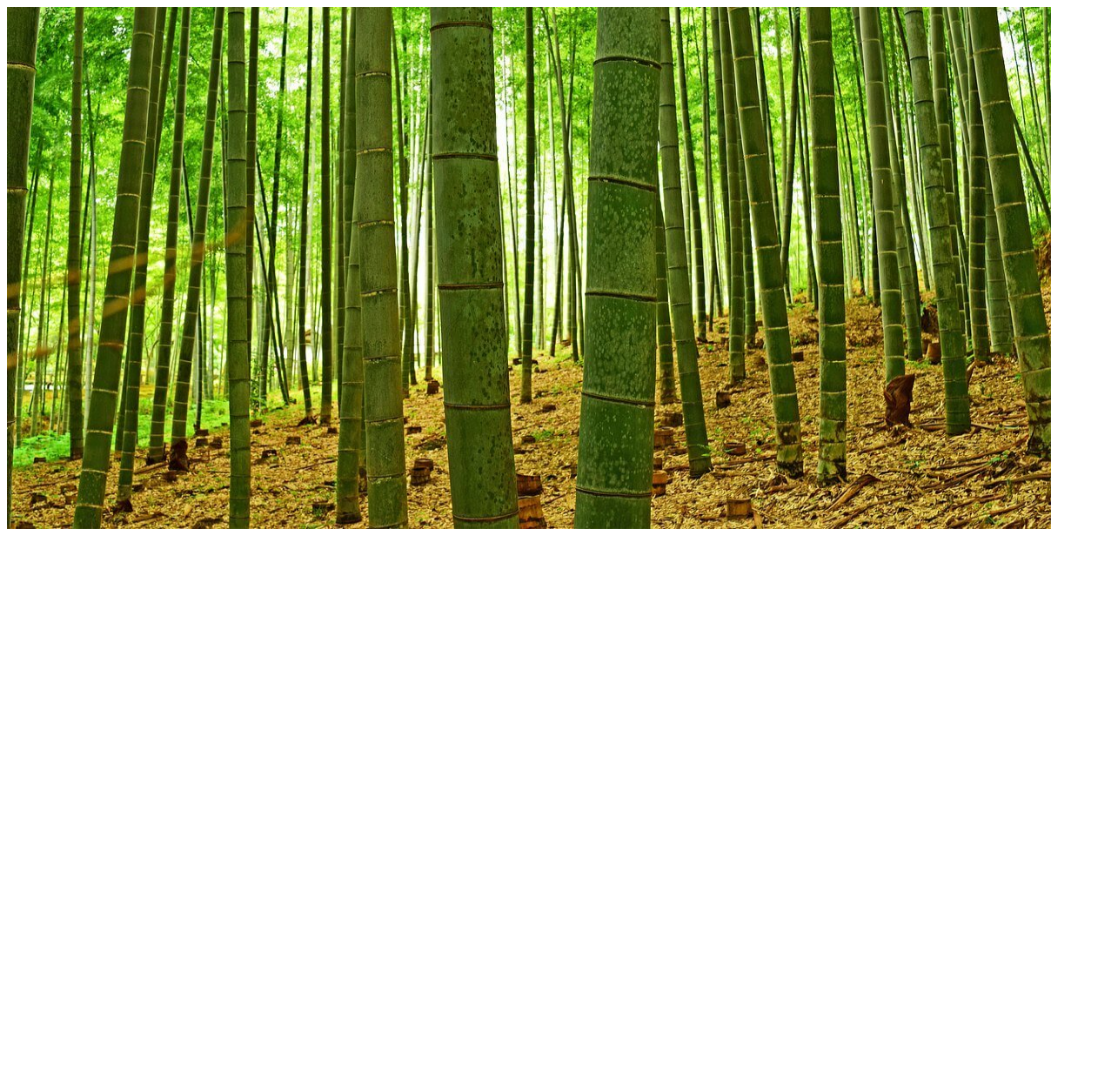
Repository: tanasa-mircea/playground
Page: canvas-filters/index.html
The author's editor kept a copy of each file at every save. The page is drawn from the files as they stood at one save, then again after the next save.
The browser window is 1280 px wide. The pictures show the whole page, at 87% of full size.

Above is the page before, as saved 2019-02-08 11:26:53.

### canvas-filters/index.html
<!DOCTYPE html>
<html>
<head>
  <meta charset="utf-8">
  <meta http-equiv="X-UA-Compatible" content="IE=edge">
  <title>Page Title</title>
  <meta name="viewport" content="width=device-width, initial-scale=1">
</head>
<body>
  <canvas id="myCanvas"></canvas>
  <img id="bamboo" src="bamboo.jpg" style="visibility: hidden;">

  <script src="main.js"></script>
</body>
</html>

### canvas-filters/main.js
var config = {
  canvasWidth: 1200,
  canvasHeight: 600
}

var canvas,
    canvasContext,
    image,
    imageData;


function initCanvas() {
  canvas = document.getElementById("myCanvas");
  canvas.width = config.canvasWidth;
  canvas.height = config.canvasHeight;
  canvasContext = canvas.getContext("2d");
  image = document.getElementById("bamboo");
  canvasContext.drawImage(image, 0, 0, config.canvasWidth, config.canvasHeight);
  imageData = canvasContext.getImageData(0, 0, config.canvasWidth, config.canvasHeight);

  // applyFilter(makeGrayscale, imageData);
  // applyFilter(adjustBrightness, imageData, {
  //   change: 50
  // });
  applyFilter(makeSepia, imageData);
}

function applyFilter(filterFunction, data, options) {
  var mutatedPixels = filterFunction(data, options);
  canvasContext.putImageData(mutatedPixels, 0, 0);
}

function makeGrayscale(pixels) {
  var data = pixels.data;
  for (var i=0; i<data.length; i+=4) {
    var r = data[i];
    var g = data[i+1];
    var b = data[i+2];
    var mutatedColors = .5*r + .5*g + .5*b;
    data[i] = data[i+1] = data[i+2] = mutatedColors
  }
  return pixels;
}

function adjustBrightness(pixels, options) {
  var data = pixels.data;
  for (var i=0; i<data.length; i+=4) {
    data[i] += options.change;
    data[i+1] += options.change;
    data[i+2] += options.change;
  }
  return pixels;
}

function makeSepia(pixels) {
  var data = pixels.data;
  for (var i=0; i<data.length; i+=4) {
    var r = data[i];
    var g = data[i+1];
    var b = data[i+2];
  }
  return pixels;
}

window.onload = function() {
  initCanvas();
}

After the next save:
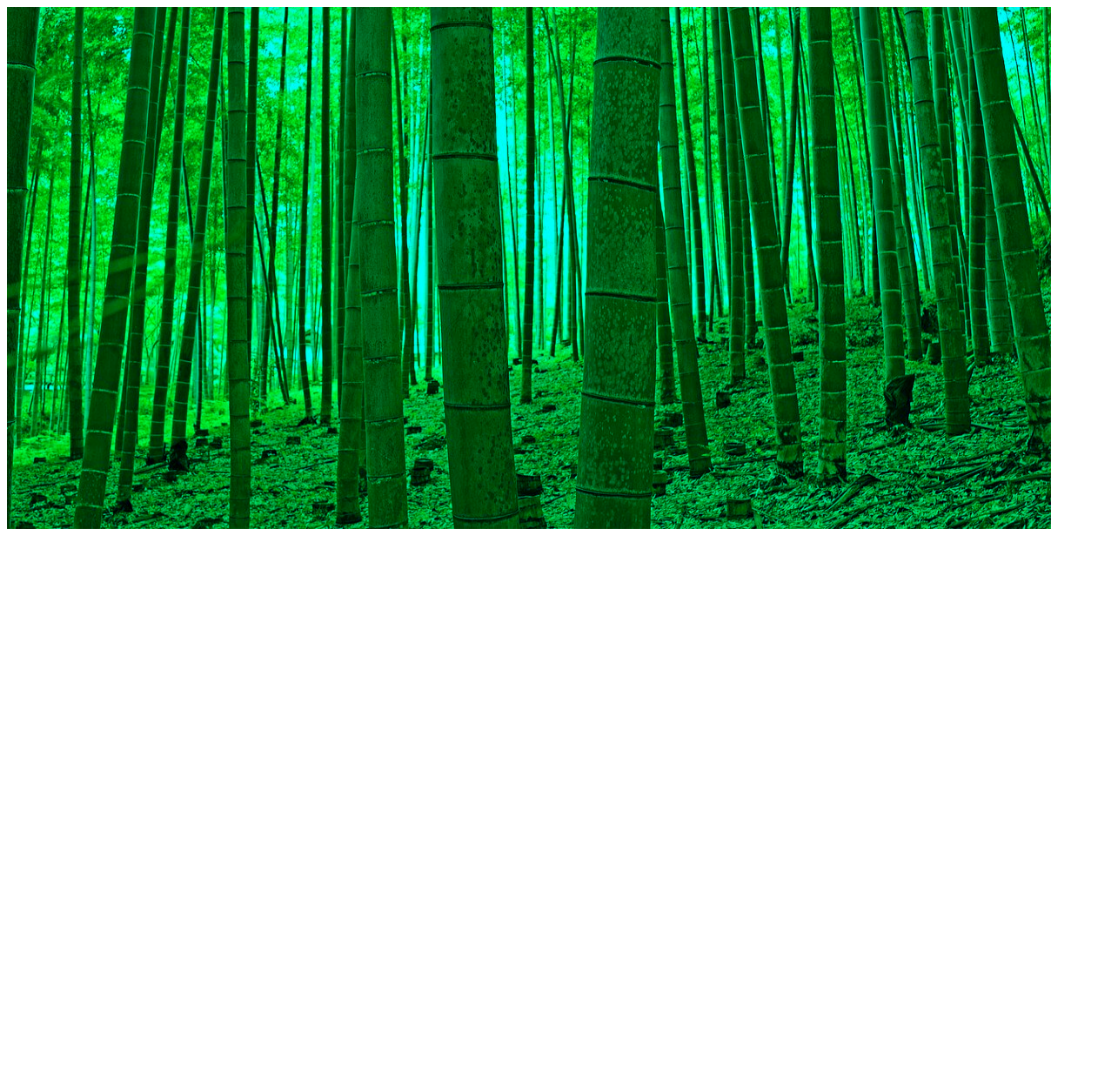
Saved 15 s later.
--- a/canvas-filters/main.js
+++ b/canvas-filters/main.js
@@ -55,6 +55,7 @@ function adjustBrightness(pixels, options) {
 function makeSepia(pixels) {
   var data = pixels.data;
   for (var i=0; i<data.length; i+=4) {
+    data[i] = 0
     var r = data[i];
     var g = data[i+1];
     var b = data[i+2];
